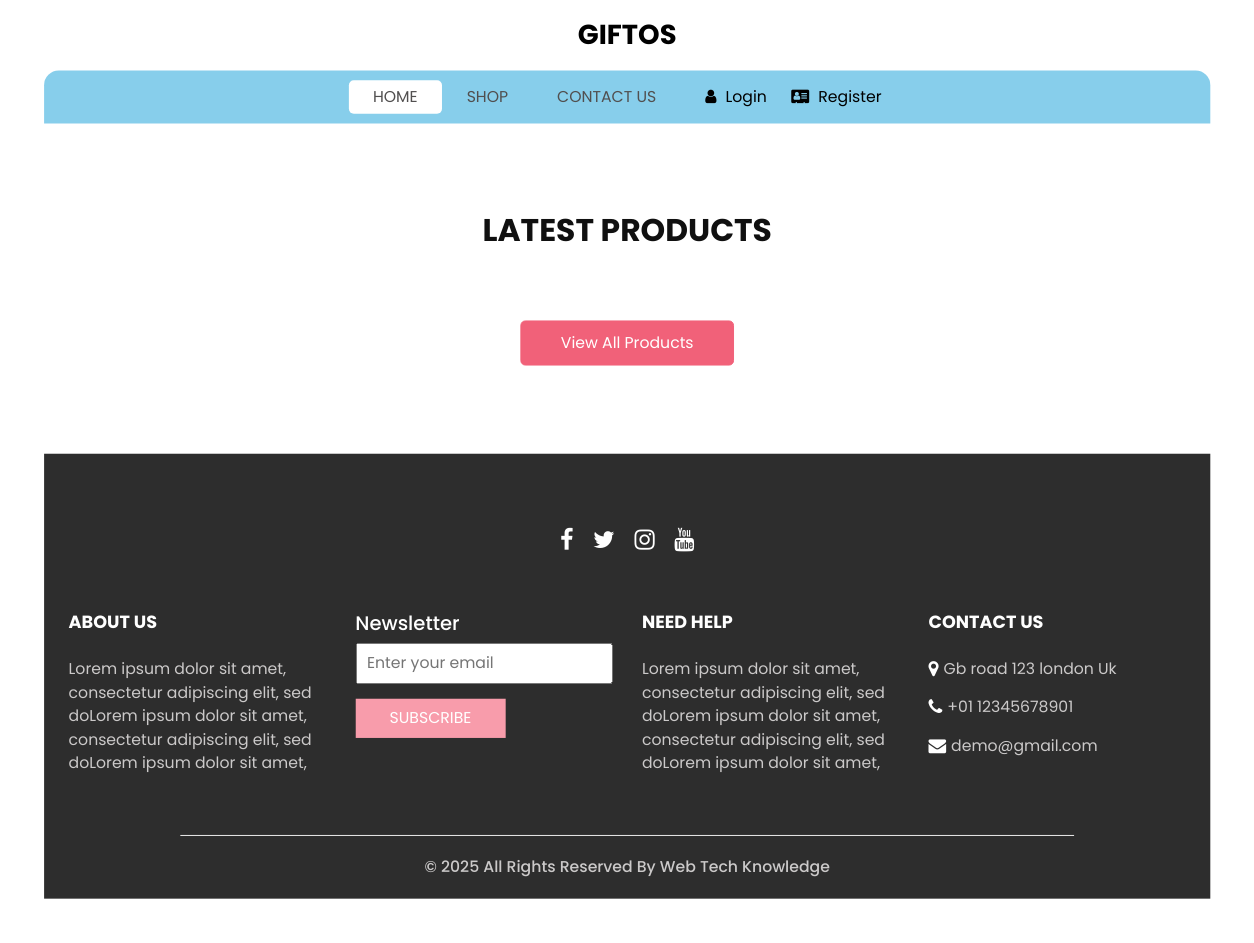
Repository: hahuuchinh2501/ecommerce_project
Page: http://localhost/view_shop
These files come from the project's save history. The page is drawn as it stood at one moment and after the next save; the edit follows.
The browser window is 1280 px wide. The pictures show the whole page, at 98% of full size.
The page is served by the project's Laravel application, run on PHP 8.4 with Laravel 12. Queries for data that is not in the repository find no rows.

Above is the page before, as saved 2025-04-04 12:57:06.

After the next save:
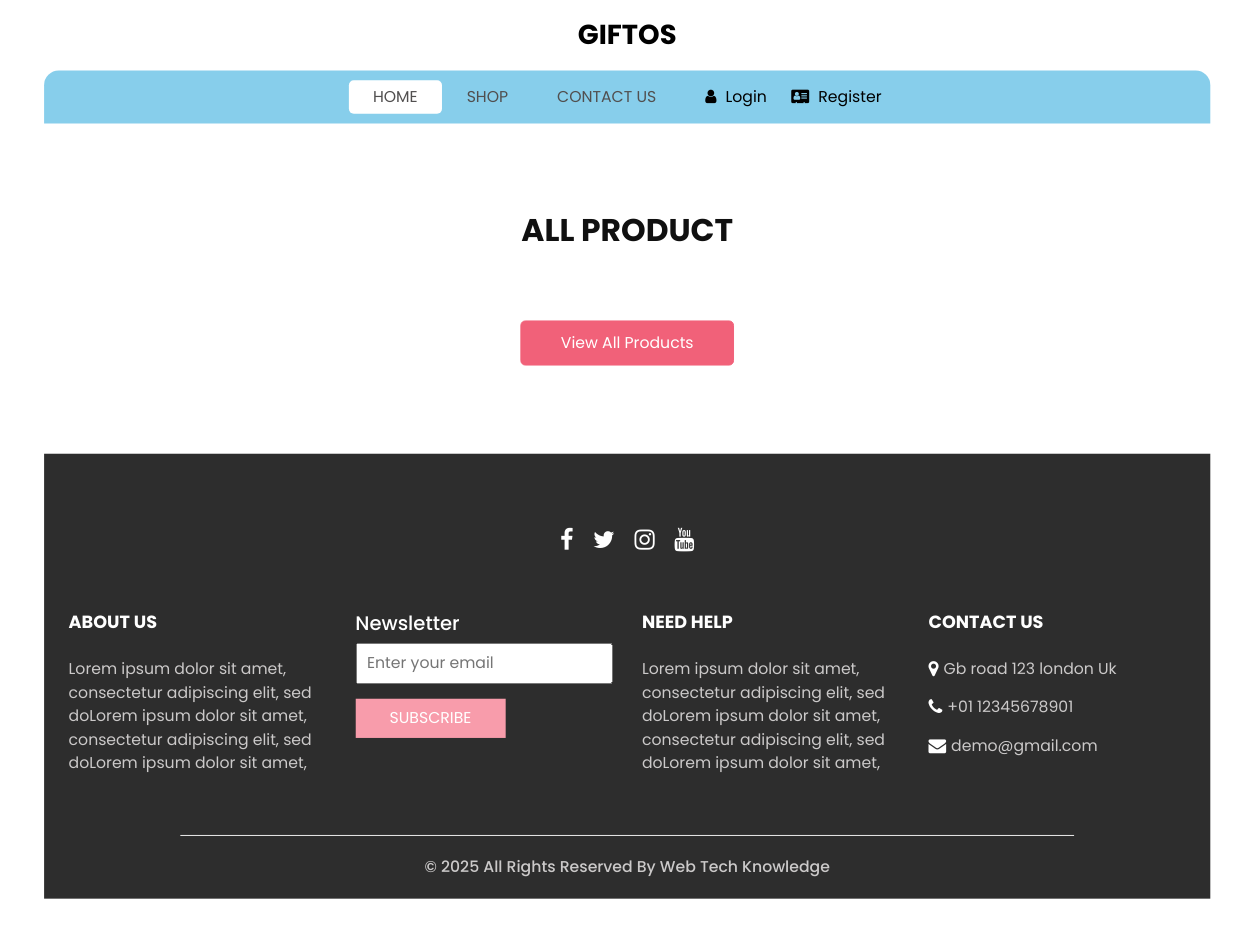
Saved 34 s later.
--- a/resources/views/home/view_shop.blade.php
+++ b/resources/views/home/view_shop.blade.php
@@ -22,7 +22,7 @@
     <div class="container">
       <div class="heading_container heading_center">
         <h2>
-          Latest Products
+          All Product
         </h2>
       </div>
       <div class="row">
